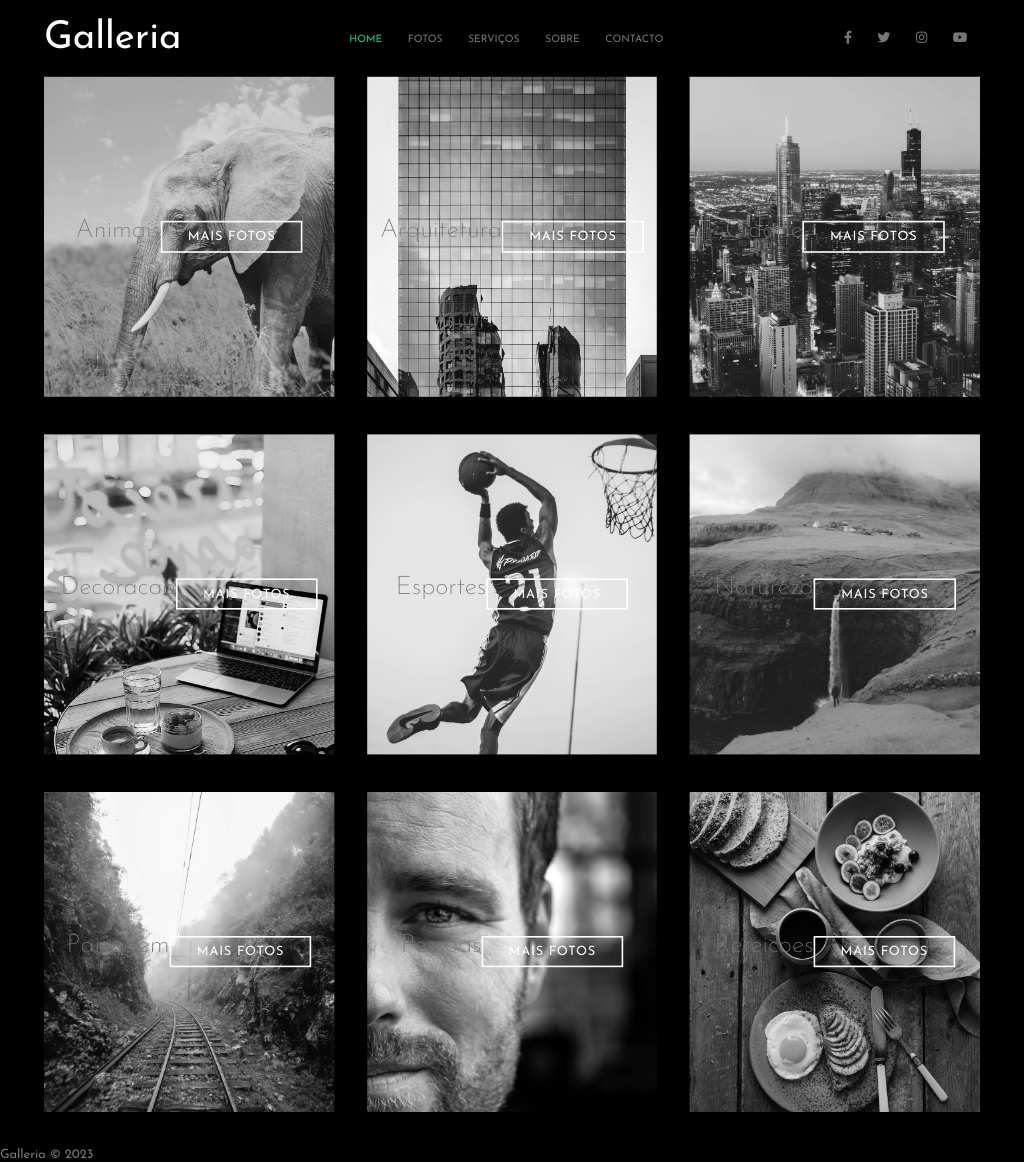
Repository: AghastyGD/gallery-sass
Page: index.html
The author's editor kept a copy of each file at every save. The page is drawn from the files as they stood at one save, then again after the next save.
The browser window is 1280 px wide. The pictures show the whole page, at 80% of full size.
The style sheet was rebuilt from its Sass, Less or Tailwind sources for each picture, by a compiler version that may differ from the author's.

Above is the page before, as saved 2023-10-13 18:43:37.

After the next save:
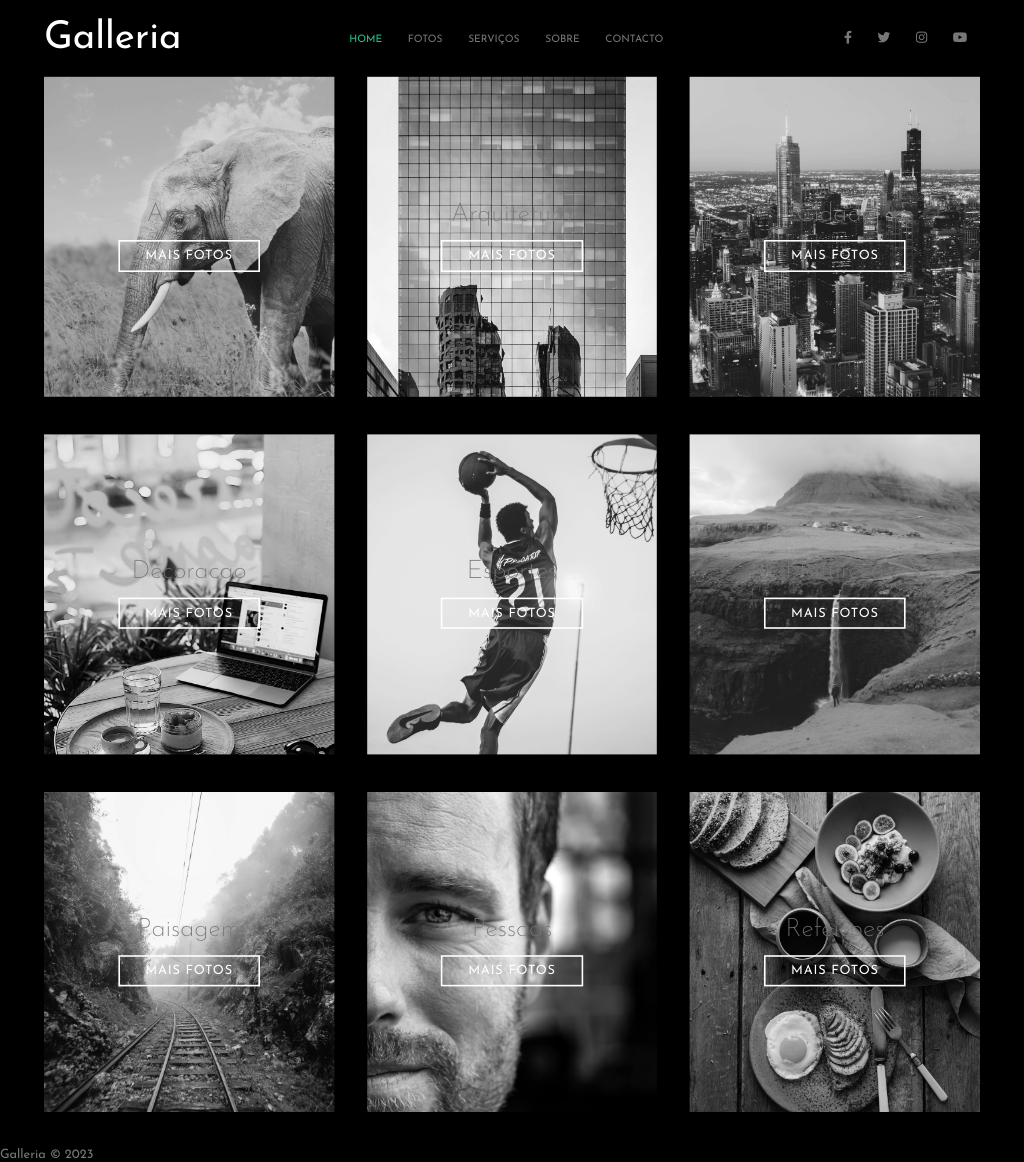
Saved 20 s later.
--- a/sass/styles.sass
+++ b/sass/styles.sass
@@ -73,6 +73,7 @@ body
     height: 400px
     margin-bottom: 4%
     @include mixins.flex-center
+    flex-direction: column
 
     &-title
       font-size: 2rem
